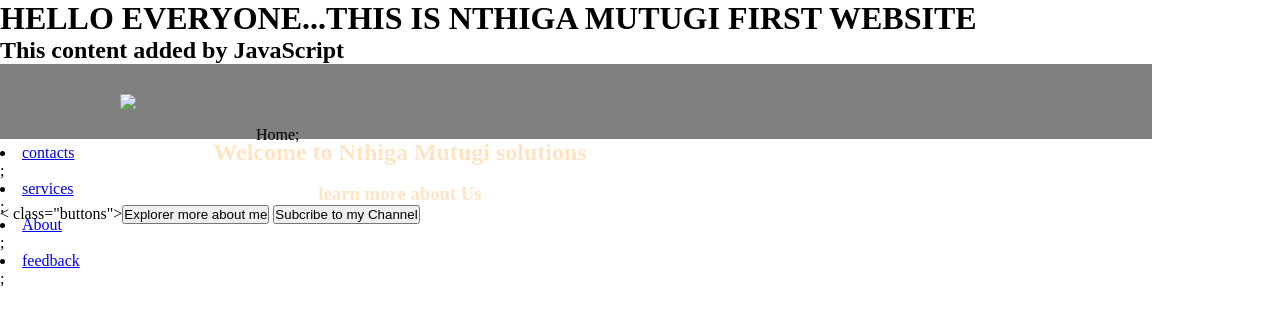
Repository: NthigaDenis/example-repository
Page: myPersonalWebsite/index.html
An editor plug-in stored every save of this project. The page is shown before and after the next save, followed by the edit.
The browser window is 1280 px wide. The pictures show the whole page.

Above is the page before, as saved 2022-08-13 12:18:41.

After the next save:
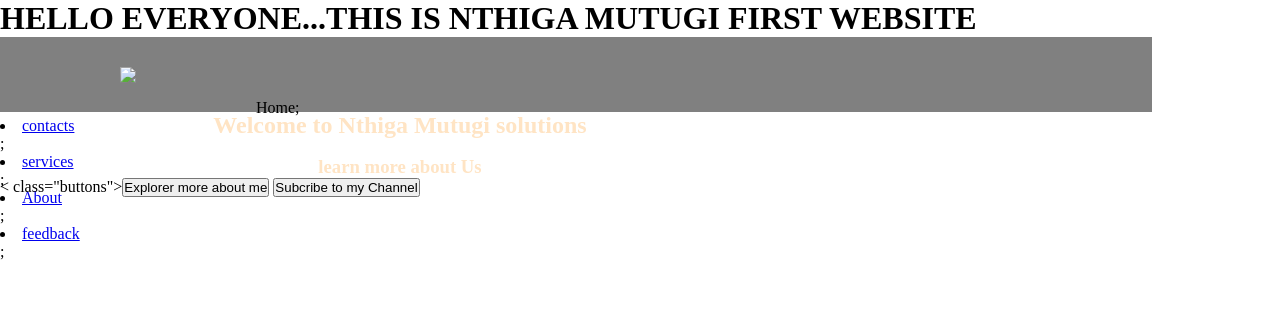
Saved 82 s later.
--- a/myPersonalWebsite/index.html
+++ b/myPersonalWebsite/index.html
@@ -9,8 +9,6 @@
 
 <body>
     <h1>HELLO EVERYONE...THIS IS NTHIGA MUTUGI FIRST WEBSITE</h1>
-    <script src="script.js">
-    </script>
 
     <div class="wrapper"></div>
     <nav class="navbar">
